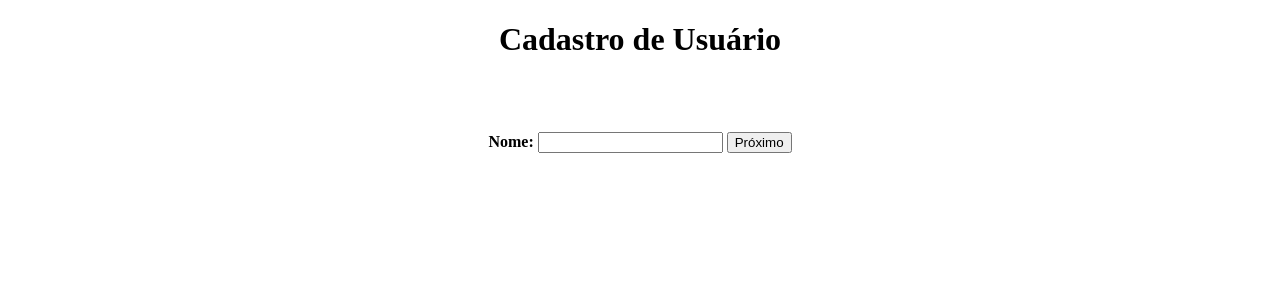
Repository: yoda4ever/playground
Page: http://localhost/Mod06_ex02B/tela1.jsp
An editor plug-in stored every save of this project. The page is shown before and after the next save, followed by the edit.
The browser window is 1280 px wide. The pictures show the whole page.
The page is served by Tomcat 9.

Above is the page before, as saved 2017-05-06 15:34:20.

After the next save:
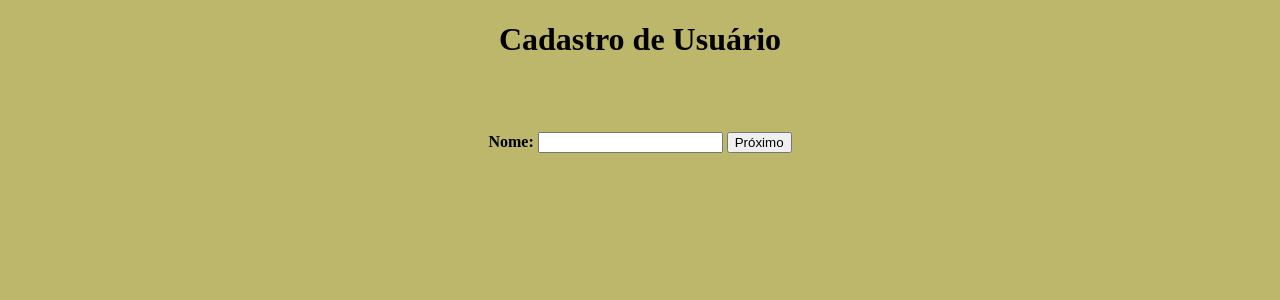
Saved 4 min 32 s later.
--- a/Mod06_ex02B/WebContent/tela1.jsp
+++ b/Mod06_ex02B/WebContent/tela1.jsp
@@ -6,7 +6,7 @@
 <meta http-equiv="Content-Type" content="text/html; charset=ISO-8859-1">
 <title>Cadastro</title>
 </head>
-<body>
+<body style="background-color: darkkhaki;">
 
 		<center>
 			<h1>Cadastro de Usuário</h1>
